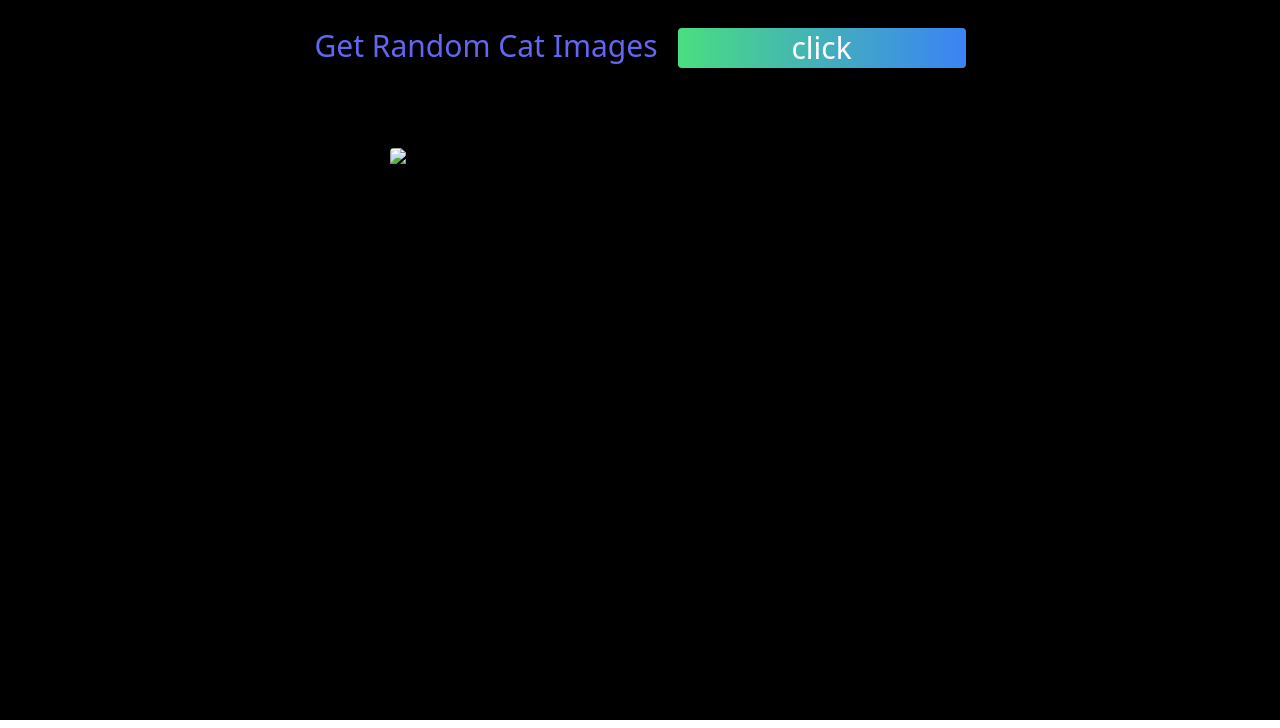
Repository: tentaciones/catMemeGenerator
Page: /
The author's editor kept a copy of each file at every save. The page is drawn from the files as they stood at one save, then again after the next save.
The browser window is 1280 px wide. The pictures show the whole page.
The page's requests for data from a server got no answer. Some web fonts or font styles are not loaded; a fallback is used. The project was rebuilt for these pictures with package versions that can differ from the ones it lists, and the page was loaded fresh each time. No one was signed in, and anything a server would have sent is missing.

Above is the page before, as saved 2022-07-07 21:05:36.

After the next save:
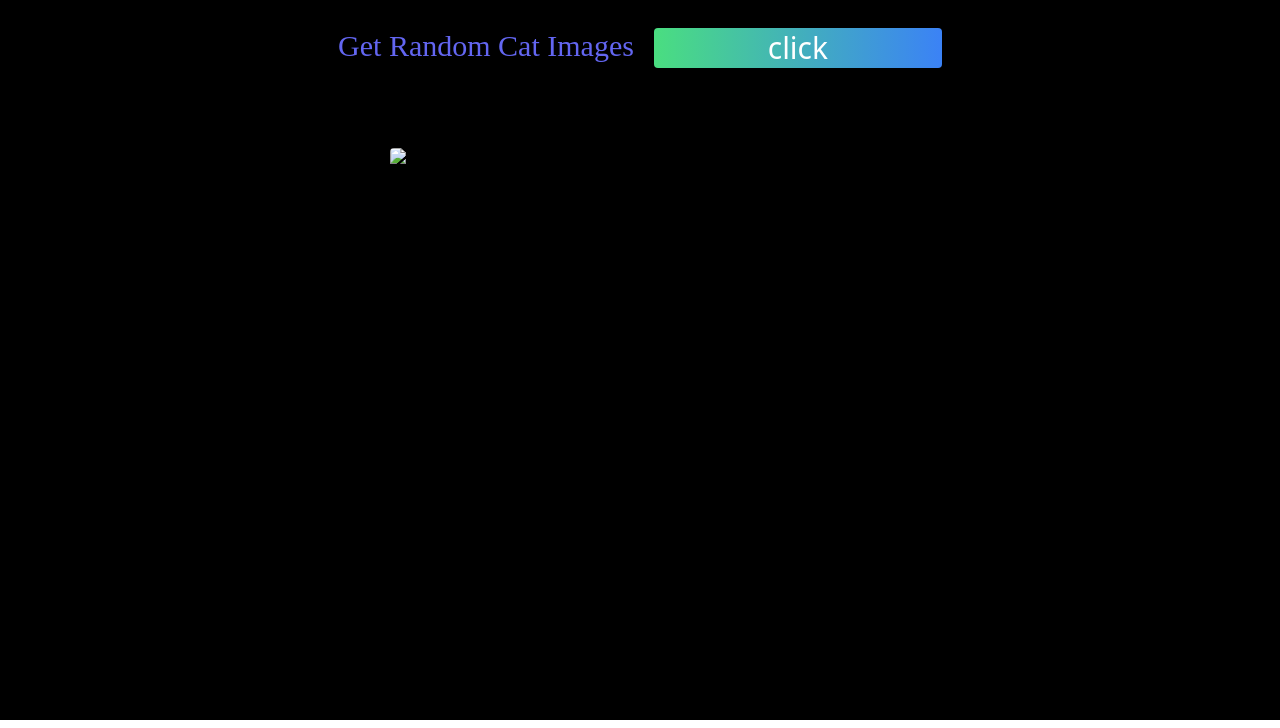
Saved 21 s later.
--- a/src/pages/Generator.jsx
+++ b/src/pages/Generator.jsx
@@ -24,7 +24,7 @@
   return (
     <div className="bg-black h-screen">
       <div className="flex text-indigo-500 text-3xl justify-center md:hidden">
-        <div className="mt-32 font-[cursive]"> Cute Cats</div>
+        <div className="mt-32 font-[cursive] "> Cute Cats</div>
       </div>
       <div className="md:hidden flex justify-center text-3xl">
         <button
@@ -46,7 +46,7 @@
         )}
       </div>
       <div className="hidden md:flex justify-center text-indigo-500 text-3xl gap-5">
-        <div className="mt-7">Get Random Cat Images</div>
+        <div className="mt-7 font-[cursive]">Get Random Cat Images</div>
         <button
           onClick={getCat}
           className="bg-gradient-to-r from-green-400 to-blue-500 hover:from-pink-500 hover:to-yellow-500 text-white w-72 h-10 rounded mt-7"
